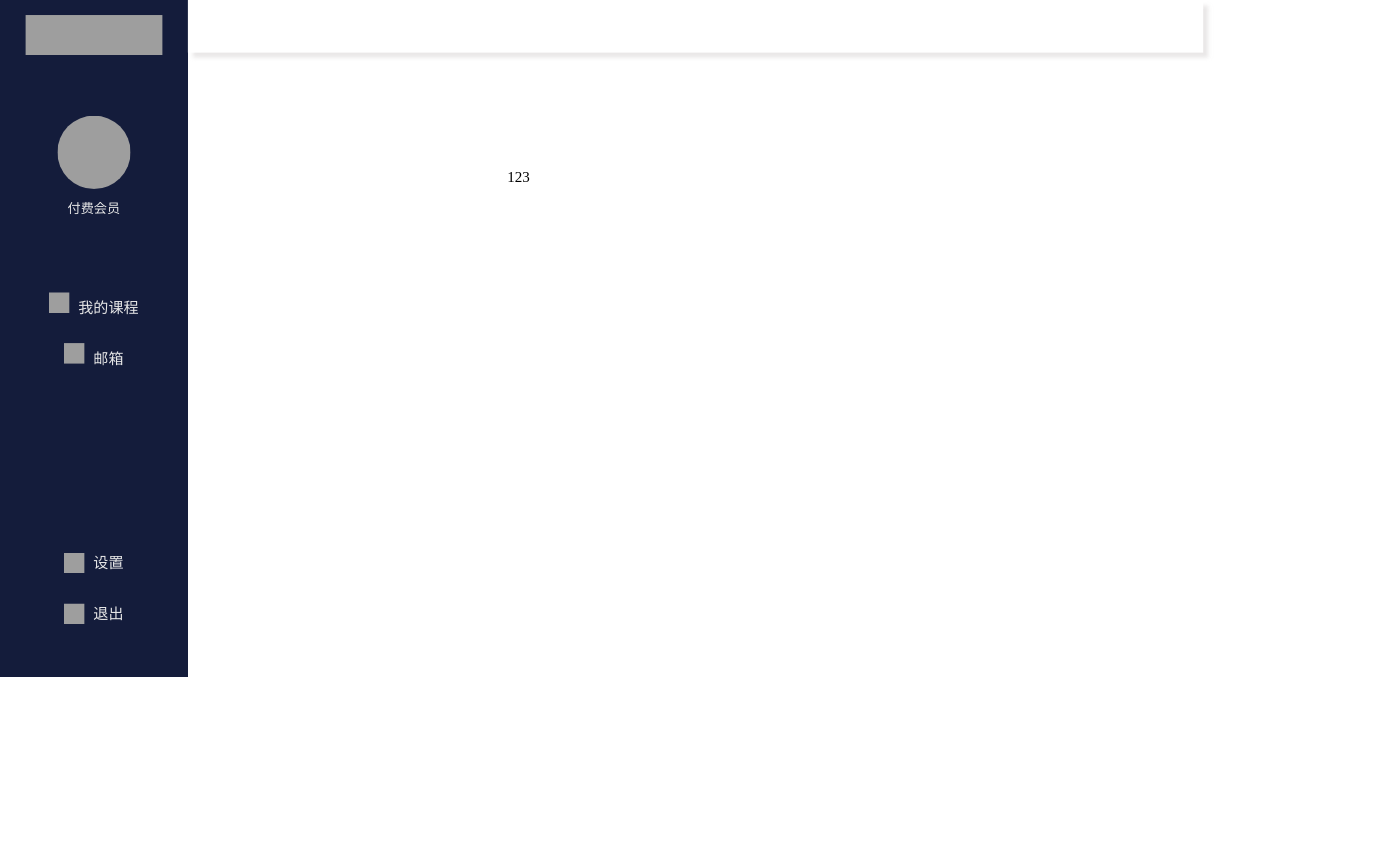
Repository: saswhite/banyuan-class
Page: / (app in 9.14作业/)
An editor plug-in stored every save of this project. The page is shown before and after the next save, followed by the edit.
The browser window is 1280 px wide. The page is 1480 px wide, so the pictures cover 1480 px, including what lies to the right of the window. The pictures show the whole page, at 94% of full size.
Pictures or frames that could not be fetched are drawn as grey boxes. The project was rebuilt for these pictures with package versions that can differ from the ones it lists, and the page was loaded fresh each time.

Above is the page before, as saved 2020-09-14 16:53:13.

### 9.14作业/src/App.vue
<template>
  <div>
    <div class="sider">
      <div class="sider-up">
        <img
          src="https://by-image.oss-cn-shanghai.aliyuncs.com/yfront/static/user/logo_black_bottom@2x.png"
          class="index"
        />
        <div class="name-container">
          <img
            src="http://by-image.oss-cn-shanghai.aliyuncs.com/official-site/E2_Icon.jpg"
            class="name-icon"
          />
          <div class="name">付费会员</div>
        </div>

        <div class="section">
          <div class="section-container">
            <img
              src="https://by-image.oss-cn-shanghai.aliyuncs.com/yfront/static/user/uc-index-my-course.png"
              class="section-icon"
            />
            <span>我的课程</span>
          </div>
        </div>
        <div class="section">
          <div class="section-container">
            <img
              src="https://by-image.oss-cn-shanghai.aliyuncs.com/yfront/static/user/uc-index-email.png"
              class="section-icon"
            />
            <span>邮箱</span>
          </div>
        </div>
      </div>
      <div class="sider-down">
        <div class="section-container">
          <div class="section">
            <img
              src="https://by-image.oss-cn-shanghai.aliyuncs.com/yfront/static/user/uc-index-set.png"
              class="section-icon"
            />
            <span>设置</span>
          </div>
          <div class="section">
            <img
              src="https://by-image.oss-cn-shanghai.aliyuncs.com/yfront/static/user/uc-index-quit.png"
              class="section-icon"
            />
            <span>退出</span>
          </div>
        </div>
      </div>
    </div>
    <div class="header"></div>
    <div class="content">
      <div class="box">123</div>
    </div>
  </div>
</template>

<script>
export default {
  name: "App",
  components: {}
};
</script>

<style>
* {
  margin: 0;
  padding: 0;
}
.sider {
  display: flex;
  flex-direction: column;
  justify-content: space-between;
  width: 15.6vw;
  height: 100vh;
  background-color: #141c3b;
  color: #e8e8e8;
  font-weight: 300;
  position: fixed;
  left: 0;
  top: 0;
}

.sider-up {
  display: flex;
  flex-direction: column;
  justify-content: space-between;
  align-items: center;
}

.index {
  width: 146px;
  height: 43px;
  cursor: pointer;
  padding: 16px 0;
}

.name-container {
  padding: 48px 0 70px;
  display: flex;
  flex-direction: column;
  align-items: center;
}

.name-icon {
  width: 78px;
  height: 78px;
  border-radius: 50%;
  overflow: hidden;
  cursor: pointer;
  margin-bottom: 10px;
}

.name {
  font-size: 14px;
  text-align: center;
}
.header {
  height: 56px;
  padding: 0 40px;
  background: #fff;
  box-shadow: 5px 6px 4px rgba(213, 209, 209, 0.5);
  position: fixed;
  top: 0;
  left: 15.6vw;
  right: 0;
}
.content {
  width: 100%;
  position: absolute;
  left: 15.6vw;
  top: 60px;
}

.box {
  height: 600px;
  width: 600px;
  margin: 0 auto;
  padding: 120px 0;
}
.section {
  box-sizing: border-box;
  display: flex;
  align-items: center;
  justify-content: center;
  font-size: 16px;
  width: 15.6vw;
  height: 54px;
  line-height: 54px;
  text-align: center;
  cursor: pointer;
}
.section:hover {
  background-color: rgba(105, 100, 209, 0.35);
}
.section-icon {
  width: 22px;
  height: 22px;
  margin-right: 9px;
}
.sider-down {
  margin-bottom: 40px;
}
</style>

Loaded but not shown: 9.14作业/public/index.html (common file); 9.14作业/src/main.js (common file)

After the next save:
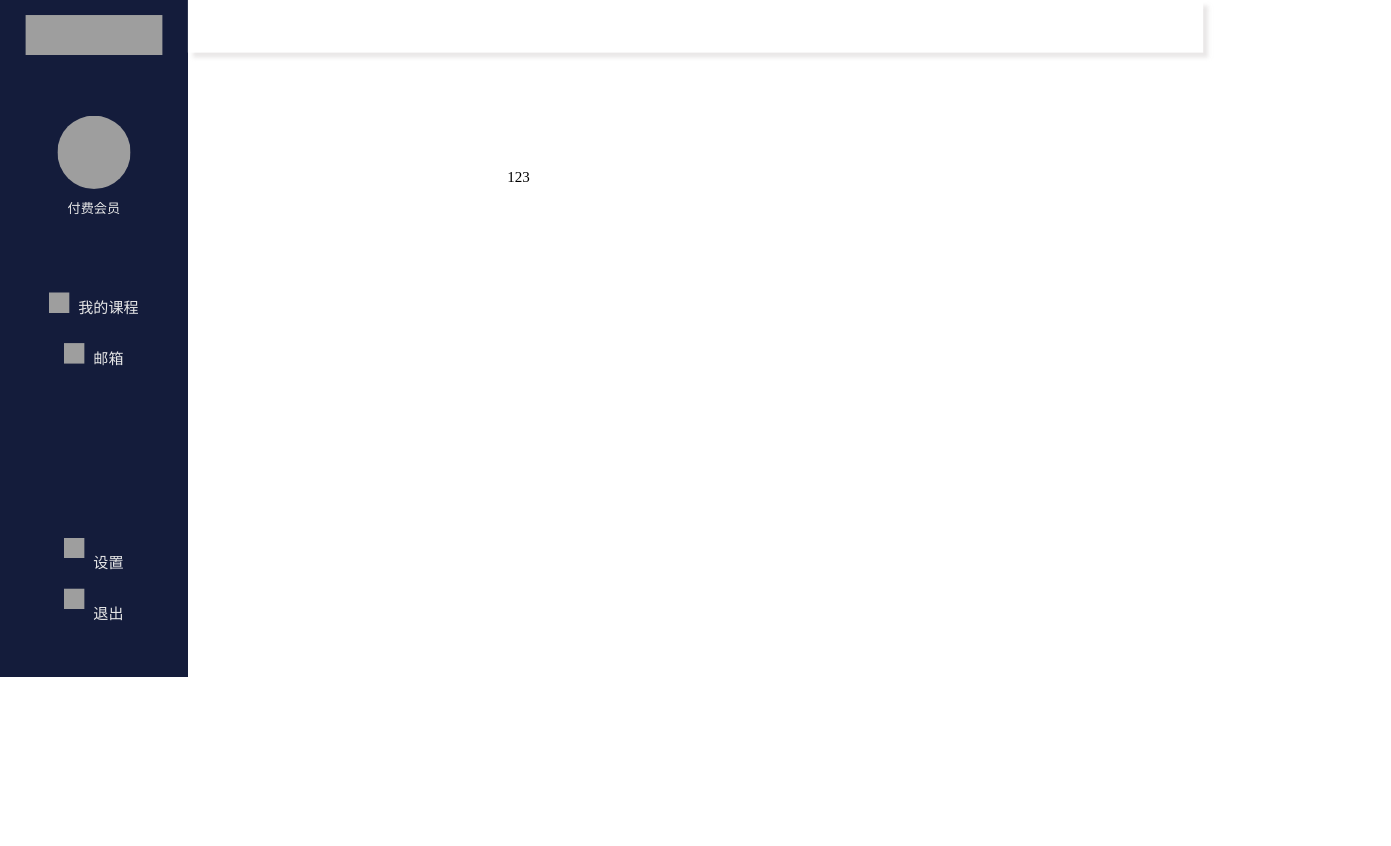
Saved 29 s later.
--- a/9.14作业/src/App.vue
+++ b/9.14作业/src/App.vue
@@ -145,7 +145,6 @@ export default {
 .section {
   box-sizing: border-box;
   display: flex;
-  align-items: center;
   justify-content: center;
   font-size: 16px;
   width: 15.6vw;
@@ -153,6 +152,8 @@ export default {
   line-height: 54px;
   text-align: center;
   cursor: pointer;
+}
+.section-container {
 }
 .section:hover {
   background-color: rgba(105, 100, 209, 0.35);
